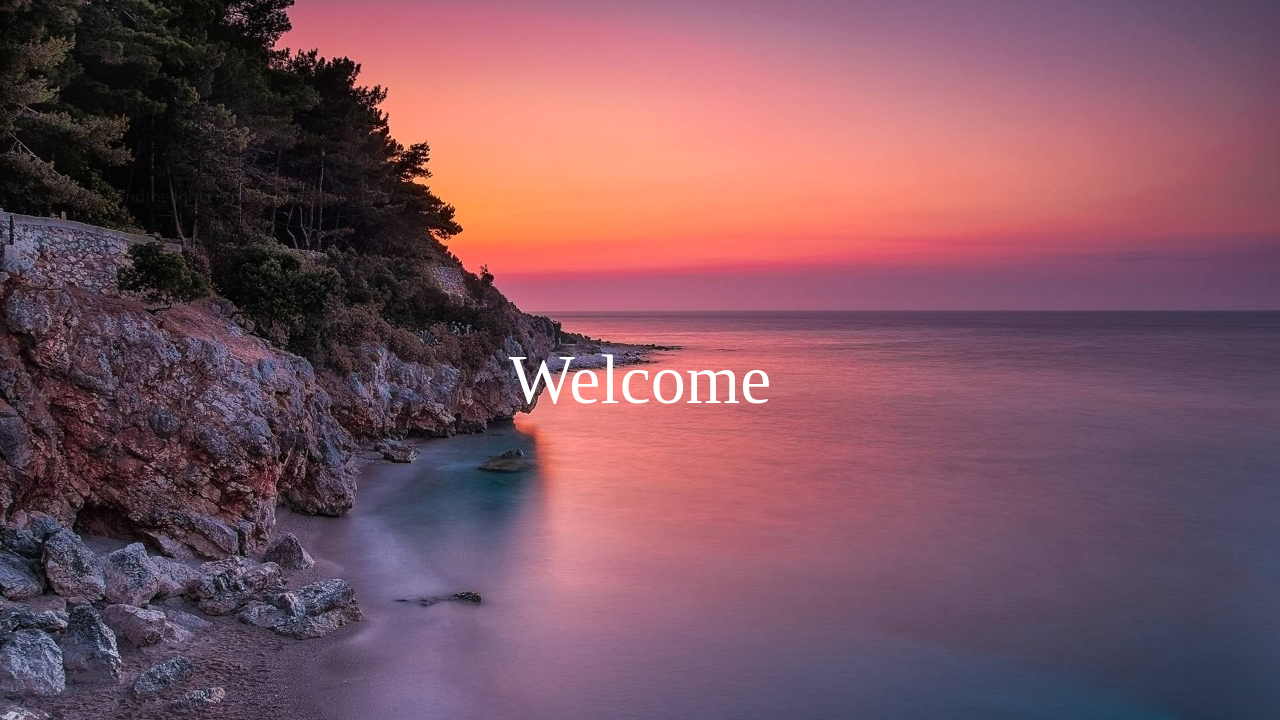
Repository: Berilinanir/Login-Logout-System
Page: http://localhost/Loginn/successs.jsp
The author's editor kept a copy of each file at every save. The page is drawn from the files as they stood at one save, then again after the next save.
The browser window is 1280 px wide. The pictures show the whole page.
The page is served by Tomcat 9. Other server files are loaded and not shown.

Above is the page before, as saved 2018-10-13 16:02:38.

### Loginn/WebContent/successs.jsp
<%@ page language="java" contentType="text/html; charset=ISO-8859-1"
    pageEncoding="ISO-8859-1"%>
<!DOCTYPE html>



<html>
<head>
<meta charset="ISO-8859-1">
<title>Success Page</title>

   <link rel="stylesheet" href="style3.css">

</head>
<body>

  <slider>

         <slide><p>Welcome  ${sessionScope.namee }</p></slide>
         <slide><p>Welcome  ${sessionScope.namee }</p></slide>
         <slide><p>Welcome  ${sessionScope.namee }</p></slide>
         <slide><p>Welcome  ${sessionScope.namee }</p></slide>


  </slider>

        <input type=button onClick="location.href='logout.jsp'" value='click here'>



</body>
</html>

### Loginn/WebContent/style3.css
@charset "UTF-8";

 jsp,body{

	      width:100%;
	      height:100%;
	      padding:0;
	      margin:0px;


}

slider{

	     display:block;
	     width:100%;
	     height:100%;
	     background-color: #1f1f1f;
	     overflow:hidden;
	     position:absolute;
}

slider > * {

	     position:absolute;
	     display:block;
	     width:100%;
	     height:100%;
	     background: #1f1f1f;
	     animation:slide 12s infinite;
	     overflow:hidden;
}

slide:nth-child(1){

	     left:0%;
	     animation-delay:-1s;
	     background-image:url(resim3.jpg);
	     background-size:cover;
	     background-position: center;
}

slide:nth-child(2){


	     animation-delay:2s;
	     background-image:url(resim6.jpg);
	     background-size:cover;
	     background-position: center;
}

slide:nth-child(3){


	     animation-delay:5s;
	     background-image:url(resim8.jpg);
	     background-size:cover;
	     background-position: center;
}

slide:nth-child(4){


	     animation-delay:8s;
	     background-image:url(resim9.jpg);
	     background-size:cover;
	     background-position: center;
}

slide p{

	    font-family:Comfortaa;
	    font-size:70px;
	    text-align:center;
	    display:inline-block;
	    width:100%;
	    margin-top: 340px;
	    color:#fff;
}

@keyframes slide{

	    0% { left:100%; width:100%;}
	    5% { left:0%;}
	    25%{ left:0%;}
	    30%{ left:-100%;width:100%;}
	    30.0001%{left:-100%;width:0%;}
	    100%{ left:100% width:0%;}
}

After the next save:
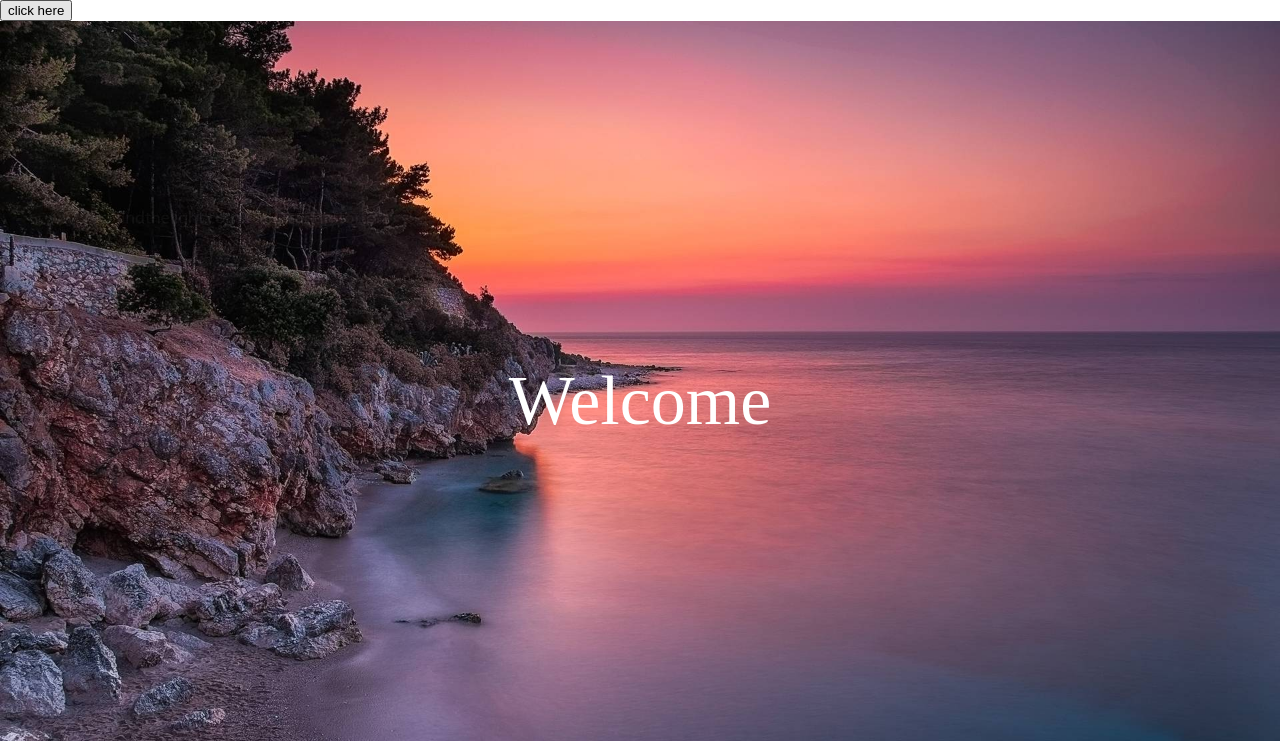
Saved 2 min 41 s later.
--- a/Loginn/WebContent/successs.jsp
+++ b/Loginn/WebContent/successs.jsp
@@ -2,6 +2,8 @@
     pageEncoding="ISO-8859-1"%>
 <!DOCTYPE html>
 
+
+        <input type=button onClick="location.href='logout.jsp'" value='click here'>
 
 
 <html>
@@ -24,7 +26,7 @@
 
   </slider>
 
-        <input type=button onClick="location.href='logout.jsp'" value='click here'>
+
 
 
 
